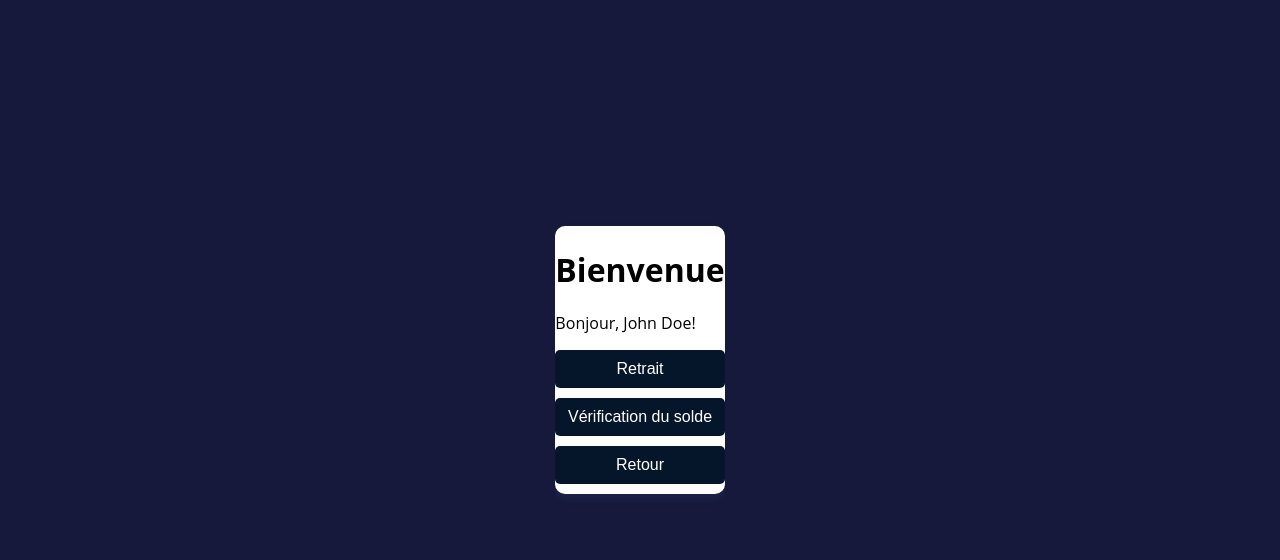
Repository: ndiawar/ProjetGab
Page: bienvenue.html
An editor plug-in stored every save of this project. The page is shown before and after the next save, followed by the edit.
The browser window is 1280 px wide. The pictures show the whole page.

Above is the page before, as saved 2024-08-07 19:42:07.
Console error: TypeError: Cannot read properties of null (reading 'addEventListener')

After the next save:
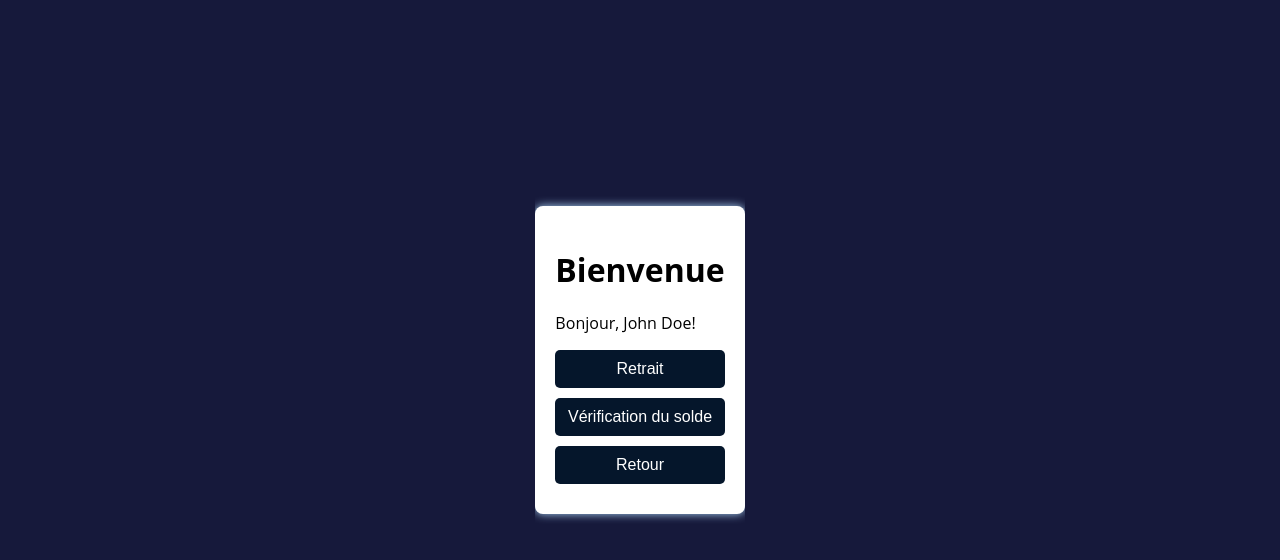
Saved 82 s later.
--- a/style.css
+++ b/style.css
@@ -70,15 +70,7 @@ body, html {
     border-radius: 10px;
     overflow: hidden;
 }
-.container {
-    display: block;
-
-    height: auto;
-    background-color: var(--color-white);
-    box-shadow: 0 4px 8px rgba(101, 150, 214, 0.1);
-    border-radius: 10px;
-    overflow: hidden;
-}
+
 /* Style pour la section du formulaire de connexion */
 .login-form {
     flex: 1;
@@ -169,43 +161,50 @@ button:hover {
 }
 
 /*Debut partie yaye*/
-
-h1.bienvenue{
-  font-size: 24px;
-  margin-bottom: 10px;
-  color: var(black);
-}
-p.welcome-message {
-  font-size: 18px;
-  margin-bottom: 20px;
-  color: var(black);
-}
-.button {
-  display: block;
-  width: 100%;
-  padding: 10px;
-  margin: 10px 0;
-  font-size: 16px;
-  text-align: center;
-  border: none;
-  border-radius: 5px;
-  cursor: pointer;
-  transition: background-color 0.3s;
-  background-color: #05162b;
-}
-.button:hover {
-  background-color: var(#35478c);
-}
-.button.retrait {
-  background-color: var(rgba(1, 4, 24, 0.911));
-  color: var(--color-white);
-}
-.button.solde {
-  background-color:var(rgba(1, 4, 24, 0.911));
-  color: var(--color-white);
-}
-.button.retour {
-  background-color: var(rgba(1, 4, 24, 0.911));
-  color: var(--color-white);
-}
-/* fin partie yaye*/
+.container {
+    background-color:var(--color-white);
+    border-radius: 8px;
+    box-shadow: 0 0 10px var(--color-background);
+    padding: 20px;
+    max-width: 500px;
+    width: 100%;
+  }
+  h1.bienvenue{
+    font-size: 24px;
+    margin-bottom: 10px;
+    color: var(black);
+  }
+  p.welcome-message {
+    font-size: 18px;
+    margin-bottom: 20px;
+    color: var(black);
+  }
+  .button {
+    display: block;
+    width: 100%;
+    padding: 10px;
+    margin: 10px 0;
+    font-size: 16px;
+    text-align: center;
+    border: none;
+    border-radius: 5px;
+    cursor: pointer;
+    transition: background-color 0.3s;
+    background-color: #05162b;
+  }
+  .button:hover {
+    background-color: var(#35478c);
+  }
+  .button.retrait {
+    background-color: var(rgba(1, 4, 24, 0.911));
+    color: var(--color-white);
+  }
+  .button.solde {
+    background-color:var(rgba(1, 4, 24, 0.911));
+    color: var(--color-white);
+  }
+  .button.retour {
+    background-color: var(rgba(1, 4, 24, 0.911));
+    color: var(--color-white);
+  }
+  /* fin partie yaye*/
